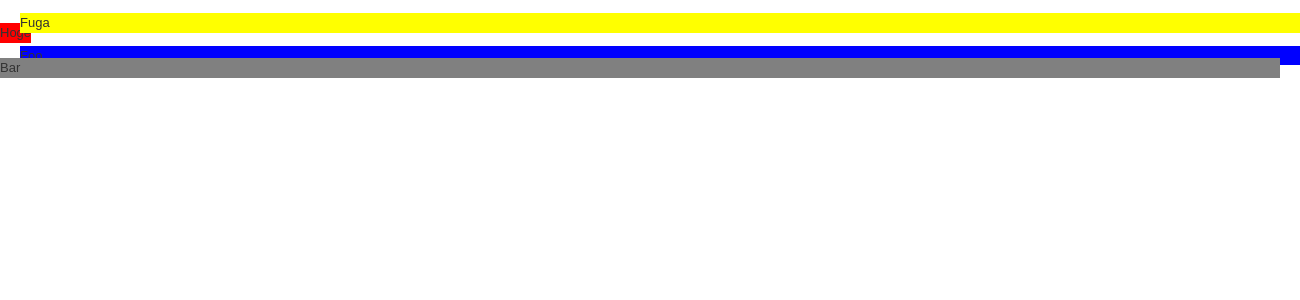
Repository: myojosamurai/Samurai_JS-
Page: HTML/6/home.html
The author's editor kept a record of every edit. The page is drawn from the files as they stood at one moment, then again after the next edit.
The browser window is 1280 px wide. The page is 1300 px wide, so the pictures cover 1300 px, including what lies to the right of the window. The pictures show the whole page.

Above is the page before.

After the next edit:
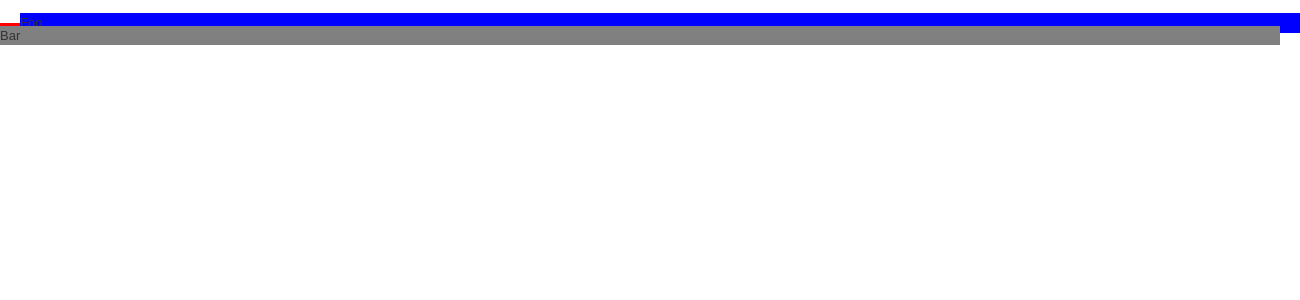
The edit:
--- a/HTML/6/stylesheet.css
+++ b/HTML/6/stylesheet.css
@@ -33,8 +33,10 @@
      background-color: red;
  }
  #layout2 {
-     position: relative;
+  /*   position: relative;*/
      left: 20px;
+     position:absolute;
+     top:10px;
      background-color: yellow;
  }
  #layout3 {
